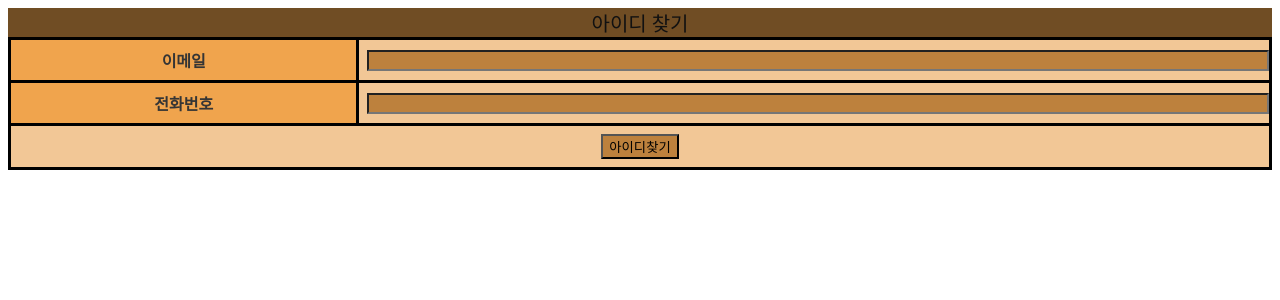
Repository: LucestDail/jdbcWorkspace
Page: http://localhost/jdbcProject/model1/member/pwForm.jsp
An editor plug-in stored every save of this project. The page is shown before and after the next save, followed by the edit.
The browser window is 1280 px wide. The pictures show the whole page.
The page is served by Tomcat 9. Other server files are loaded and not shown.

Above is the page before, as saved 2020-11-20 03:12:22.

### jdbcProject/WebContent/model1/member/pwForm.jsp
<%@ page language="java" contentType="text/html; charset=EUC-KR"
    pageEncoding="EUC-KR"%>
<!DOCTYPE html>
<html>
<head>
<meta charset="EUC-KR">
<title>Insert title here</title>
<link rel = "stylesheet" href = "../../css/main.css">
</head>
<body>
<form action="id.jsp" method="post">
	<table><caption>아이디 찾기</caption>
		<tr>
			<th>이메일</th>
			<td>
				<input type = "text" name = "email">
			</td>
		</tr>
		<tr>
			<th>전화번호</th>
			<td>
				<input type = "text" name = "tel">
			</td>
		</tr>
		<tr>
			<td colspan = "2">
				<input type = "submit" value = "아이디찾기">
			</td>
		</tr>
	</table>
</form>
</body>
</html>

### jdbcProject/WebContent/css/main.css
@charset "EUC-KR";
table{
	width:100%;
	border-collapse: collapse;
}

th,td{
	border: 3px solid black;
	text-align:center;
	padding: 8px;
}
th{
	background-color: #F0A44D;
	color: #353535;
}
td{
	background-color: #F2C796;
}
caption{
	color:#111111;
	font-size: 20px;
	background-color: #704D24;
}
input[type=text], input[type=password]{
	width: 100%;
}
textarea {
	width: 100%;
	height: 200px;
	padding: 10px;
	box-sizing: border-box;
	border: solid 2px #1E90FF;
	border-radius: 5px;
	font-size: 16px;
	resize: both;
}

input{
	background-color: #BD813D;
}

After the next save:
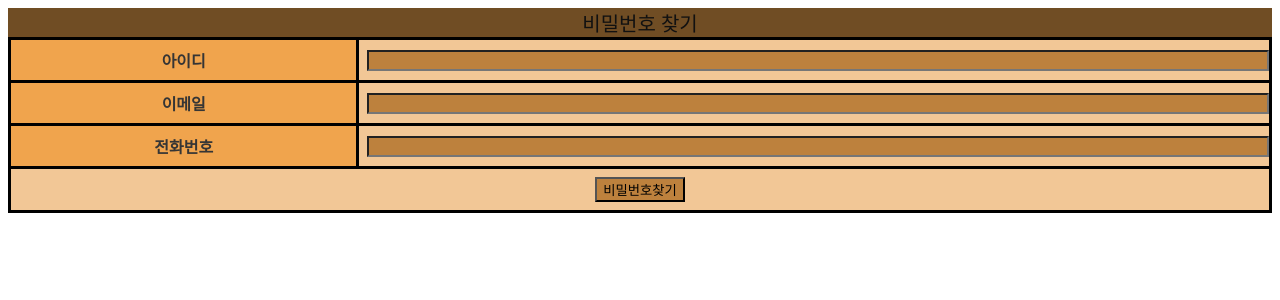
Saved 41 s later.
--- a/jdbcProject/WebContent/model1/member/pwForm.jsp
+++ b/jdbcProject/WebContent/model1/member/pwForm.jsp
@@ -8,8 +8,14 @@
 <link rel = "stylesheet" href = "../../css/main.css">
 </head>
 <body>
-<form action="id.jsp" method="post">
-	<table><caption>아이디 찾기</caption>
+<form action="pw.jsp" method="post">
+	<table><caption>비밀번호 찾기</caption>
+		<tr>
+			<th>아이디</th>
+			<td>
+				<input type = "text" name = "id">
+			</td>
+		</tr>
 		<tr>
 			<th>이메일</th>
 			<td>
@@ -24,7 +30,7 @@
 		</tr>
 		<tr>
 			<td colspan = "2">
-				<input type = "submit" value = "아이디찾기">
+				<input type = "submit" value = "비밀번호찾기">
 			</td>
 		</tr>
 	</table>
